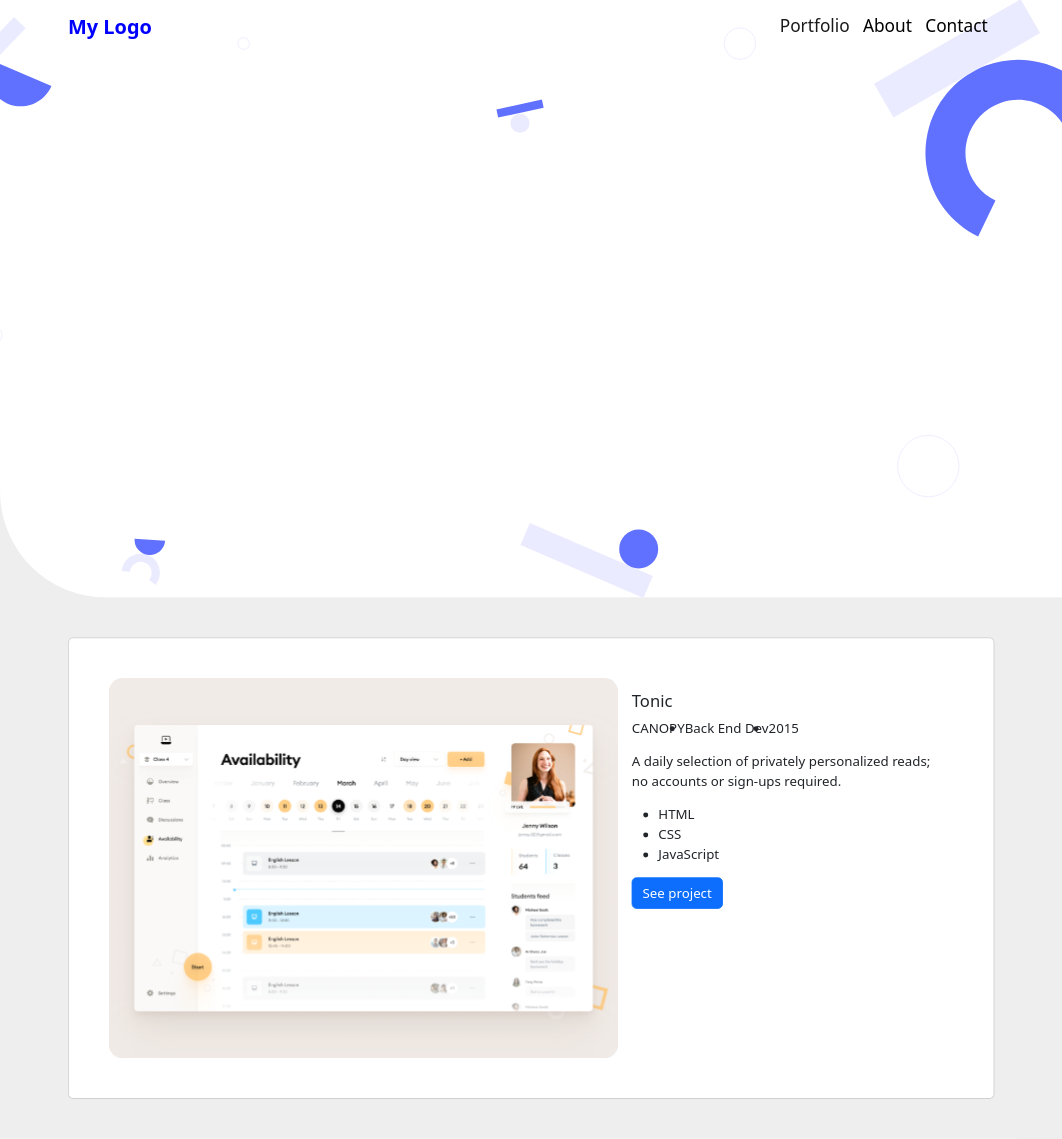
Repository: waelelsafty07/Bootstrap-Portfolio
Page: index.html
An editor plug-in stored every save of this project. The page is shown before and after the next save, followed by the edit.
The browser window is 1280 px wide. The pictures show the whole page, at 83% of full size.

Above is the page before, as saved 2023-04-04 16:46:59.

After the next save:
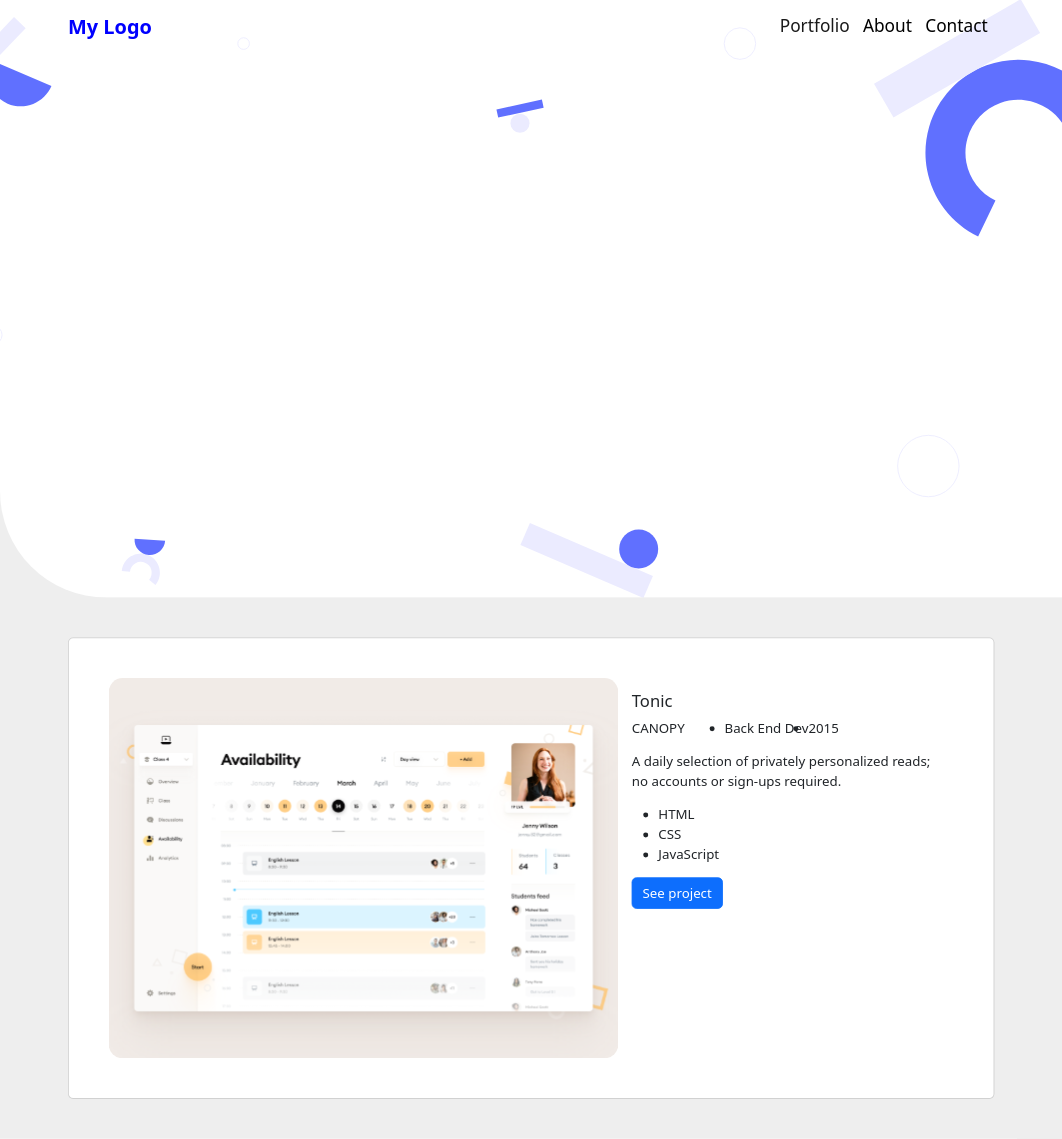
Saved 72 s later.
--- a/index.html
+++ b/index.html
@@ -41,7 +41,7 @@
               <h5 class="card-title">Tonic</h5>
               <ul class="d-flex p-0">
                 <li class="no-style">CANOPY</li>
-                <li class="ms-9">Back End Dev</li>
+                <li class="ms-5">Back End Dev</li>
                 <li>2015</li>
               </ul>
               <p class="card-text">A daily selection of privately personalized reads; no accounts or sign-ups required.</p>
